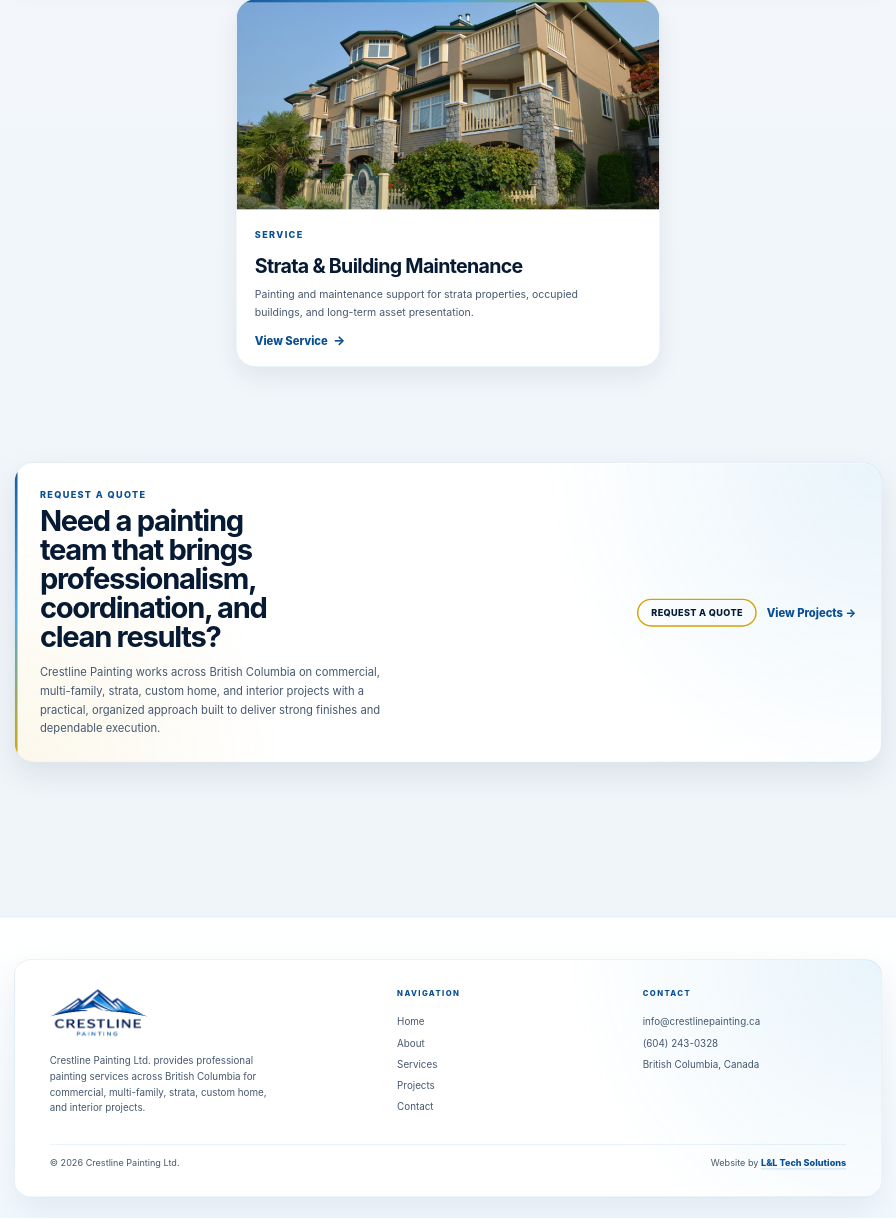
Repository: 300LBHACK3R/Crestline-Painting
Page: /services
These files come from the project's save history. The page is drawn as it stood at one moment and after the next save; the edit follows.
The browser window is 1280 px wide. The pictures show the part of the page from y = 2125 to 4045 px (the page is 3866 px tall before and 4045 px after), at 70% of full size.
The project was rebuilt for these pictures with package versions that can differ from the ones it lists, and the page was loaded fresh each time. The framework's server and built-in components were replaced by stand-ins that run in the browser. Also part of the build but not shown: next.config.ts.

Above is the page before, as saved 2026-04-29 08:56:07.

### src/app/layout.tsx
import type { Metadata } from "next";
import "./globals.css";

export const metadata: Metadata = {
  metadataBase: new URL("https://crestlinepainting.ca"),

  title: {
    default: "Crestline Painting Ltd.",
    template: "%s | Crestline Painting Ltd.",
  },

  description:
    "Professional painting services across British Columbia for commercial, multi-family, strata, custom homes, and interior projects.",

  keywords: [
    "Painting Company BC",
    "Commercial Painting",
    "Strata Painting",
    "Custom Home Painting",
    "Interior Painting BC",
    "Exterior Painting British Columbia",
  ],

  openGraph: {
    title: "Crestline Painting Ltd.",
    description:
      "Professional painting services across British Columbia.",
    url: "https://crestlinepainting.ca",
    siteName: "Crestline Painting Ltd.",
    images: [
      {
        url: "/images/branding/logo.png",
        width: 1200,
        height: 630,
        alt: "Crestline Painting",
      },
    ],
    locale: "en_CA",
    type: "website",
  },

  twitter: {
    card: "summary_large_image",
    title: "Crestline Painting Ltd.",
    description:
      "Professional painting services across British Columbia.",
    images: ["/images/branding/logo.png"],
  },

  icons: {
    icon: "/favicon.ico",
  },
};

export default function RootLayout({
  children,
}: Readonly<{
  children: React.ReactNode;
}>) {
  return (
    <html lang="en">
      <body className="site-body">
        {children}
      </body>
    </html>
  );
}

### src/app/services/page.tsx
import SiteHeader from "@/components/layout/site-header";
import SiteFooter from "@/components/layout/site-footer";

import PageHero from "@/components/shared/page-hero";
import ServiceCardGrid from "@/components/shared/service-card-grid";
import HomeCta from "@/components/home/home-cta";
import ServicesProofStrip from "@/components/services/services-proof-strip";

export default function ServicesPage() {
  return (
    <>
      <SiteHeader light />

      <main className="services-page">

        <PageHero
          eyebrow="Services"
          title="Professional painting services built for real project environments."
          copy="From large-scale multi-family and commercial work to strata maintenance, custom homes, and interior painting, Crestline Painting delivers organized execution and consistent finish quality across every job."
          backgroundImage="/images/services/services-hero.jpg"
          backgroundPosition="center center"
          darkOverlay
        />

        {/* 🔥 PROOF STRIP (own section = cleaner hierarchy) */}
        <section className="section section--services-proof">
          <div className="container">
            <ServicesProofStrip />
          </div>
        </section>

        {/* 🔥 SERVICES GRID */}
        <section className="section section--services-main">
          <div className="container">
            <ServiceCardGrid />
          </div>
        </section>

        {/* 🔥 CTA (no extra container nesting) */}
        <section className="section section--services-cta">
          <HomeCta />
        </section>

      </main>

      <SiteFooter />
    </>
  );
}

### src/components/layout/site-header.tsx
"use client";

import Image from "next/image";
import Link from "next/link";
import { usePathname } from "next/navigation";
import { useEffect, useState } from "react";

type SiteHeaderProps = {
  light?: boolean;
};

type NavItem = {
  href: string;
  label: string;
};

const NAV_ITEMS: NavItem[] = [
  { href: "/", label: "Home" },
  { href: "/about", label: "About" },
  { href: "/services", label: "Services" },
  { href: "/projects", label: "Projects" },
  { href: "/contact", label: "Contact" },
];

function cn(...classes: Array<string | false | null | undefined>) {
  return classes.filter(Boolean).join(" ");
}

export default function SiteHeader({ light }: SiteHeaderProps) {
  const pathname = usePathname();
  const [menuOpen, setMenuOpen] = useState(false);

  const isLight = light ?? pathname !== "/";

  const visibleNavItems =
    pathname === "/" ? NAV_ITEMS.filter((item) => item.href !== "/") : NAV_ITEMS;

  const isActive = (href: string) => {
    if (href === "/") return pathname === "/";
    return pathname === href || pathname.startsWith(`${href}/`);
  };

  useEffect(() => {
    setMenuOpen(false);
  }, [pathname]);

  return (
    <header className={cn("site-header", isLight && "site-header--light")}>
      <div className="site-header__bar">
        <Link
          href="/"
          className="site-header__brand"
          aria-label="Crestline Painting home"
        >
          <Image
            src="/images/branding/logo.png"
            alt="Crestline Painting"
            width={260}
            height={90}
            className="site-header__logo"
            priority={pathname === "/"}
          />
        </Link>

        <button
          type="button"
          className="site-header__menu-button"
          aria-label={menuOpen ? "Close navigation menu" : "Open navigation menu"}
          aria-controls="primary-navigation"
          aria-expanded={menuOpen}
          onClick={() => setMenuOpen((current) => !current)}
        >
          <span aria-hidden="true" />
          <span aria-hidden="true" />
          <span aria-hidden="true" />
        </button>

        <div
          id="primary-navigation"
          className={cn("site-header__right", menuOpen && "site-header__right--open")}
        >
          <nav className="site-header__nav" aria-label="Primary navigation">
            {visibleNavItems.map((item) => {
              const active = isActive(item.href);

              return (
                <Link
                  key={item.href}
                  href={item.href}
                  className={cn(
                    "site-header__link",
                    active && "site-header__link--active"
                  )}
                  aria-current={active ? "page" : undefined}
                >
                  {item.label}
                </Link>
              );
            })}
          </nav>

          <Link
            href="/contact"
            className="site-header__cta"
            aria-label="Request a quote from Crestline Painting"
          >
            Request a Quote
          </Link>
        </div>
      </div>
    </header>
  );
}

### src/components/layout/site-footer.tsx
import Link from "next/link";

export default function SiteFooter() {
  const year = new Date().getFullYear();

  return (
    <footer className="site-footer">
      <div className="container">
        <div className="site-footer__shell">

          <div className="site-footer__grid">

            {/* BRAND */}
            <div className="site-footer__brand-block">
              <img
                src="/images/branding/logo.png"
                alt="Crestline Painting logo"
                className="site-footer__logo"
                loading="lazy"
              />

              <p className="site-footer__copy">
                Crestline Painting Ltd. provides professional painting services across British Columbia
                for commercial, multi-family, strata, custom home, and interior projects.
              </p>
            </div>

            {/* NAV */}
            <nav
              className="site-footer__column"
              aria-label="Footer navigation"
            >
              <div className="site-footer__heading">Navigation</div>

              <div className="site-footer__links">
                <Link href="/">Home</Link>
                <Link href="/about">About</Link>
                <Link href="/services">Services</Link>
                <Link href="/projects">Projects</Link>
                <Link href="/contact">Contact</Link>
              </div>
            </nav>

            {/* CONTACT */}
            <div className="site-footer__column">
              <div className="site-footer__heading">Contact</div>

              <div className="site-footer__links">
                <a
                  href="mailto:info@crestlinepainting.ca"
                  aria-label="Email Crestline Painting"
                >
                  info@crestlinepainting.ca
                </a>

                <a
                  href="tel:+16042430328"
                  aria-label="Call Crestline Painting"
                >
                  (604) 243-0328
                </a>

                <span>British Columbia, Canada</span>
              </div>
            </div>

          </div>

          {/* BOTTOM */}
          <div className="site-footer__bottom">
            <span>
              © {year} Crestline Painting Ltd.
            </span>

            <span>
              Website by{" "}
              <a
                href="https://lltechsolutions.ca"
                target="_blank"
                rel="noopener noreferrer"
                className="site-footer__credit"
              >
                L&amp;L Tech Solutions
              </a>
            </span>
          </div>

        </div>
      </div>
    </footer>
  );
}

### src/components/shared/page-hero.tsx
type PageHeroProps = {
  eyebrow?: string;
  title: string;
  copy?: string;
  backgroundImage?: string;
  backgroundPosition?: string;
  darkOverlay?: boolean;
  align?: "left" | "center";
  compact?: boolean;
  className?: string;
};

export default function PageHero({
  eyebrow,
  title,
  copy,
  backgroundImage,
  backgroundPosition = "center center",
  darkOverlay = true,
  align = "left",
  compact = false,
  className = "",
}: PageHeroProps) {
  const hasImage = Boolean(backgroundImage);

  const classes = [
    "page-hero-base",
    hasImage ? "page-hero-base--with-image" : "page-hero-base--plain",
    hasImage && darkOverlay ? "page-hero-base--dark" : "",
    hasImage && !darkOverlay ? "page-hero-base--light" : "",
    align === "center" ? "page-hero-base--center" : "",
    compact ? "page-hero-base--compact" : "",
    className,
  ]
    .filter(Boolean)
    .join(" ");

  return (
    <section className={classes}>
      {hasImage ? (
        <>
          <div
            className="page-hero-base__bg"
            style={{
              backgroundImage: `url("${backgroundImage}")`,
              backgroundPosition,
            }}
            aria-hidden="true"
          />

          <div
            className={`page-hero-base__overlay ${
              darkOverlay
                ? "page-hero-base__overlay--dark"
                : "page-hero-base__overlay--light"
            }`}
            aria-hidden="true"
          />
        </>
      ) : null}

      <div className="page-hero-base__container">
        <div className="page-hero-base__content">
          {eyebrow ? (
            <span className="page-hero-base__eyebrow">{eyebrow}</span>
          ) : null}

          <h1 className="page-hero-base__title">{title}</h1>

          {copy ? <p className="page-hero-base__copy">{copy}</p> : null}
        </div>
      </div>
    </section>
  );
}

### src/components/shared/service-card-grid.tsx
import Image from "next/image";
import Link from "next/link";
import { services } from "@/data/services";

export default function ServiceCardGrid() {
  return (
    <div className="service-grid" aria-label="Crestline Painting services">
      {services.map((service) => (
        <Link
          key={service.slug}
          href={`/services/${service.slug}`}
          className="service-card"
          aria-label={`View ${service.title} service details`}
        >
          <article className="service-card__inner">
            <div className="service-card__media">
              <Image
                src={service.image}
                alt={`${service.title} by Crestline Painting`}
                className="service-card__image"
                fill
                sizes="(max-width: 860px) 100vw, 50vw"
              />

              <div className="service-card__overlay" aria-hidden="true" />
            </div>

            <div className="service-card__body">
              <div className="card__eyebrow">Service</div>

              <h3 className="service-card__title">{service.title}</h3>

              <p className="service-card__copy">{service.short}</p>

              <span className="service-card__link">
                View Service
                <span className="service-card__arrow" aria-hidden="true">
                  →
                </span>
              </span>
            </div>
          </article>
        </Link>
      ))}
    </div>
  );
}

### src/components/home/home-cta.tsx
import Link from "next/link";

export default function HomeCta() {
  return (
    <section className="section home-cta">
      <div className="container">
        <div className="cta-panel home-cta-panel">

          <div className="cta-panel__content">
            <span className="section-intro__eyebrow">
              Request a Quote
            </span>

            <h2 className="section-intro__title">
              Need a painting team that brings professionalism, coordination, and clean results?
            </h2>

            <p className="section-intro__copy">
              Crestline Painting works across British Columbia on commercial, multi-family, strata,
              custom home, and interior projects with a practical, organized approach built to deliver
              strong finishes and dependable execution.
            </p>
          </div>

          <div className="cta-panel__actions">
            <Link
              href="/contact"
              className="site-header__cta cta-panel__primary"
              aria-label="Request a quote from Crestline Painting"
            >
              Request a Quote
            </Link>

            <Link
              href="/projects"
              className="text-link"
              aria-label="View Crestline Painting project portfolio"
            >
              View Projects →
            </Link>
          </div>

        </div>
      </div>
    </section>
  );
}

### src/components/services/services-proof-strip.tsx
type ProofItem = {
  value: string;
  label: string;
  copy: string;
};

const proofItems: ProofItem[] = [
  {
    value: "20+",
    label: "Years of Experience",
    copy:
      "A long-standing painting company built around dependable scheduling, clean execution, and consistent finish quality.",
  },
  {
    value: "BC",
    label: "Serving British Columbia",
    copy:
      "Supporting commercial, multi-family, strata, custom home, and interior painting projects across the province.",
  },
  {
    value: "Clean",
    label: "Professional Delivery",
    copy:
      "Every project is approached with organized coordination, jobsite respect, and a high standard of presentation.",
  },
];

export default function ServicesProofStrip() {
  return (
    <section
      className="services-proof-strip"
      aria-labelledby="services-proof-heading"
    >
      <div className="container">
        <h2 id="services-proof-heading" className="sr-only">
          Why clients choose Crestline Painting
        </h2>

        <div className="services-proof-strip__grid">
          {proofItems.map((item) => (
            <article key={item.label} className="services-proof-strip__card">
              <div className="services-proof-strip__topline" aria-hidden="true" />

              <strong className="services-proof-strip__value">
                {item.value}
              </strong>

              <h3 className="services-proof-strip__label">
                {item.label}
              </h3>

              <p className="services-proof-strip__copy">
                {item.copy}
              </p>
            </article>
          ))}
        </div>
      </div>
    </section>
  );
}

Loaded but not shown: src/app/globals.css (2571 lines, source omitted); src/data/services.ts (129 lines, source omitted)

After the next save:
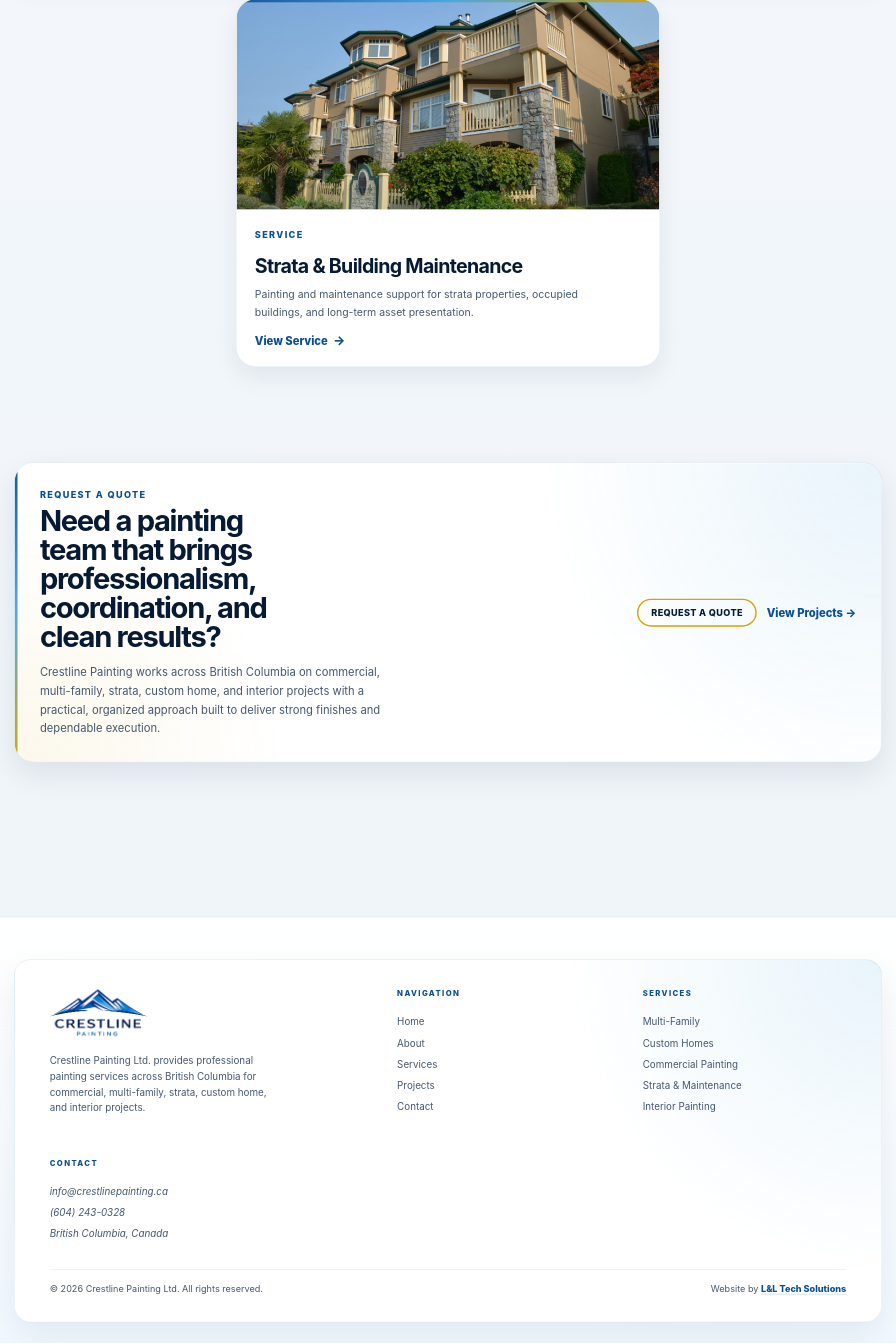
Saved 27 s later.
--- a/src/components/layout/site-footer.tsx
+++ b/src/components/layout/site-footer.tsx
@@ -1,4 +1,24 @@
+import Image from "next/image";
 import Link from "next/link";
+
+const footerLinks = [
+  { href: "/", label: "Home" },
+  { href: "/about", label: "About" },
+  { href: "/services", label: "Services" },
+  { href: "/projects", label: "Projects" },
+  { href: "/contact", label: "Contact" },
+];
+
+const serviceLinks = [
+  { href: "/services/multi-family", label: "Multi-Family" },
+  { href: "/services/custom-homes", label: "Custom Homes" },
+  { href: "/services/commercial-painting", label: "Commercial Painting" },
+  {
+    href: "/services/strata-building-maintenance",
+    label: "Strata & Maintenance",
+  },
+  { href: "/services/interior-painting", label: "Interior Painting" },
+];
 
 export default function SiteFooter() {
   const year = new Date().getFullYear();
@@ -7,45 +27,57 @@
     <footer className="site-footer">
       <div className="container">
         <div className="site-footer__shell">
-
           <div className="site-footer__grid">
-
-            {/* BRAND */}
             <div className="site-footer__brand-block">
-              <img
-                src="/images/branding/logo.png"
-                alt="Crestline Painting logo"
-                className="site-footer__logo"
-                loading="lazy"
-              />
+              <Link
+                href="/"
+                className="site-footer__brand-link"
+                aria-label="Crestline Painting home"
+              >
+                <Image
+                  src="/images/branding/logo.png"
+                  alt="Crestline Painting"
+                  width={220}
+                  height={80}
+                  className="site-footer__logo"
+                />
+              </Link>
 
               <p className="site-footer__copy">
-                Crestline Painting Ltd. provides professional painting services across British Columbia
-                for commercial, multi-family, strata, custom home, and interior projects.
+                Crestline Painting Ltd. provides professional painting services
+                across British Columbia for commercial, multi-family, strata,
+                custom home, and interior projects.
               </p>
             </div>
 
-            {/* NAV */}
-            <nav
-              className="site-footer__column"
-              aria-label="Footer navigation"
-            >
-              <div className="site-footer__heading">Navigation</div>
+            <nav className="site-footer__column" aria-label="Footer navigation">
+              <h2 className="site-footer__heading">Navigation</h2>
 
               <div className="site-footer__links">
-                <Link href="/">Home</Link>
-                <Link href="/about">About</Link>
-                <Link href="/services">Services</Link>
-                <Link href="/projects">Projects</Link>
-                <Link href="/contact">Contact</Link>
+                {footerLinks.map((item) => (
+                  <Link key={item.href} href={item.href}>
+                    {item.label}
+                  </Link>
+                ))}
               </div>
             </nav>
 
-            {/* CONTACT */}
-            <div className="site-footer__column">
-              <div className="site-footer__heading">Contact</div>
+            <nav className="site-footer__column" aria-label="Footer services">
+              <h2 className="site-footer__heading">Services</h2>
 
               <div className="site-footer__links">
+                {serviceLinks.map((item) => (
+                  <Link key={item.href} href={item.href}>
+                    {item.label}
+                  </Link>
+                ))}
+              </div>
+            </nav>
+
+            <div className="site-footer__column">
+              <h2 className="site-footer__heading">Contact</h2>
+
+              <address className="site-footer__links site-footer__address">
                 <a
                   href="mailto:info@crestlinepainting.ca"
                   aria-label="Email Crestline Painting"
@@ -53,24 +85,17 @@
                   info@crestlinepainting.ca
                 </a>
 
-                <a
-                  href="tel:+16042430328"
-                  aria-label="Call Crestline Painting"
-                >
+                <a href="tel:+16042430328" aria-label="Call Crestline Painting">
                   (604) 243-0328
                 </a>
 
                 <span>British Columbia, Canada</span>
-              </div>
+              </address>
             </div>
-
           </div>
 
-          {/* BOTTOM */}
           <div className="site-footer__bottom">
-            <span>
-              © {year} Crestline Painting Ltd.
-            </span>
+            <span>© {year} Crestline Painting Ltd. All rights reserved.</span>
 
             <span>
               Website by{" "}
@@ -84,7 +109,6 @@
               </a>
             </span>
           </div>
-
         </div>
       </div>
     </footer>
